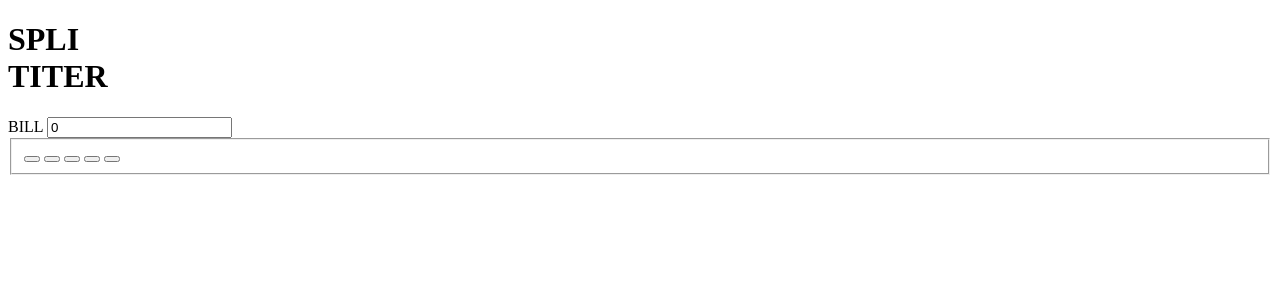
Repository: kellyjohanasalb/calduladora
Page: index.html
The author's editor kept a copy of each file at every save. The page is drawn from the files as they stood at one save, then again after a run of saves.
The browser window is 1280 px wide. The pictures show the whole page.

Above is the page before, as saved 2023-08-15 21:00:51.

### index.html
<!DOCTYPE html>
<html lang="en">
<head>
    <meta charset="UTF-8">
    <meta name="viewport" content="width=, initial-scale=1.0">
    <title>Calculadora</title>
</head>
<body>
    <header class="header">
        <h1 class="header__title">SPLI <br> TITER</h1>
    </header>
    <section class="calculator-container">
        <div class="inputs-section">
            <label for="bill" class="inputs-section__bill-label">BILL</label>
            <input id="bill"  class="inputs-section__bill-input" type="nukber"  value="0">

            <fieldset clas="btns">
                <button type=""></button>
                <button type=""></button>
                <button type=""></button>
                <button type=""></button>
                <button type=""></button>
            </fieldset>
        </div>
        <div class="result-section">

        </div>
    </section>
</body>
</html>

After the next 2 saves:
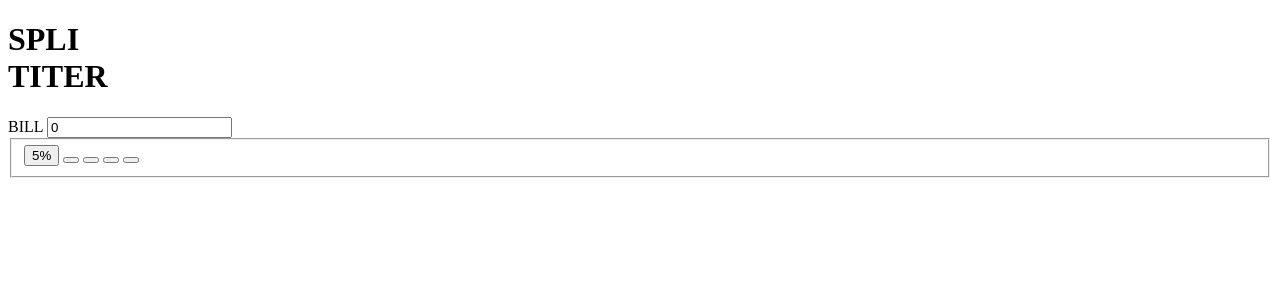
The 2 saves are shown as one change because they came seconds apart.
The last was saved 68 s later.
--- a/index.html
+++ b/index.html
@@ -15,7 +15,7 @@
             <input id="bill"  class="inputs-section__bill-input" type="nukber"  value="0">
 
             <fieldset clas="btns">
-                <button type=""></button>
+                <button type="">5%</button>
                 <button type=""></button>
                 <button type=""></button>
                 <button type=""></button>
